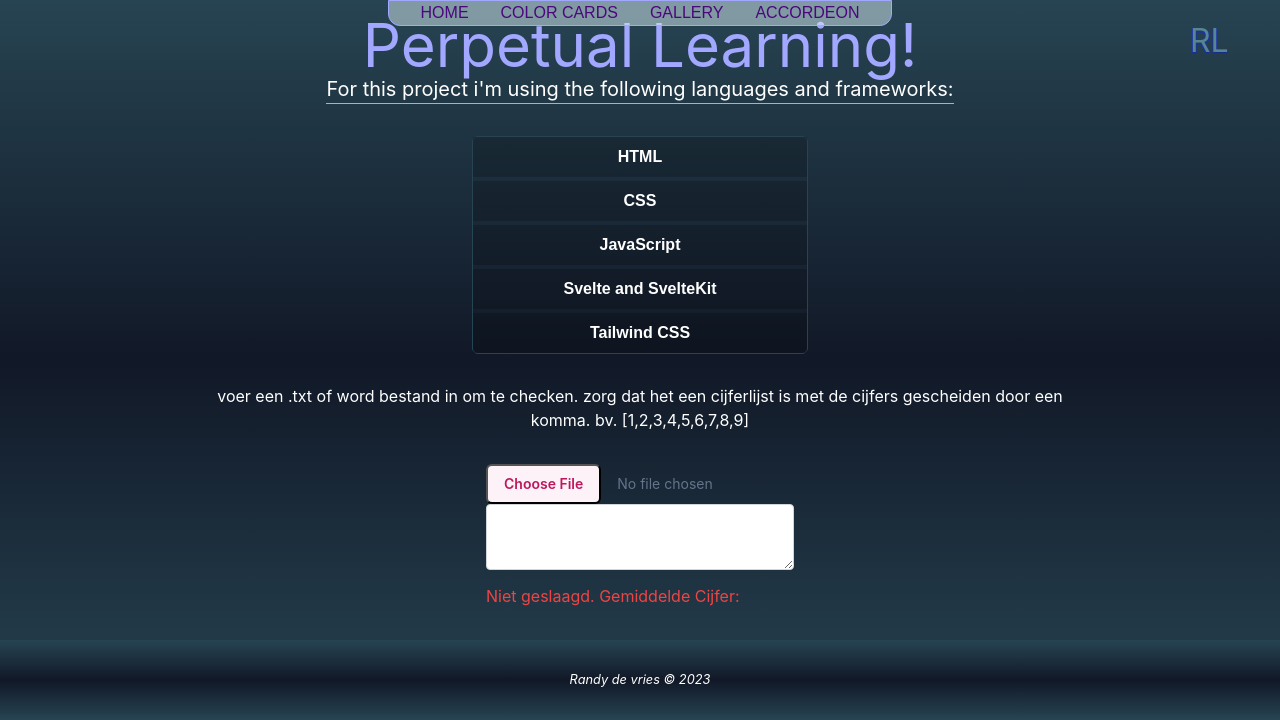
Repository: Freezler/svelte-app
Page: /links
An editor plug-in stored every save of this project. The page is shown before and after the next save, followed by the edit.
The browser window is 1280 px wide. The pictures show the whole page.
The project was rebuilt for these pictures with package versions that can differ from the ones it lists, and the page was loaded fresh each time. The framework's server and built-in components were replaced by stand-ins that run in the browser. Also part of the build but not shown: svelte.config.js, vite.config.js.

Above is the page before, as saved 2023-11-12 11:43:14.

### src/app.html
<!DOCTYPE html>
<html lang="en">
	<head>
		<meta charset="utf-8" />
		<link rel="icon" href="%sveltekit.assets%/favicon.png" />
		<meta name="viewport" content="width=device-width" />
		%sveltekit.head%
		<title>SvelteKitProject</title>
	</head>
	<body data-sveltekit-preload-data="hover">
		<div style="display: contents">%sveltekit.body%</div>
	</body>
</html>

### src/routes/+layout.svelte
<script>
  import '../app.css';
  import Navbar from '../components/Navbar.svelte';
  import Footer from '../components/Footer.svelte';
</script>

<html lang="en" class="select-none scroll-smooth">
  <head>
    <!-- Add any necessary head content here -->
  </head>
  <body class=" flex flex-col h-full overflow-scroll">
    <Navbar />
    <main>
      <slot />
    </main>
    <Footer />
  </body>
</html>

### src/routes/links/+page.svelte
<script>
	import { onDestroy, onMount } from 'svelte';
	onMount(() => console.log('Mounted Links page'));
	onDestroy(() => console.log('Unmounted Links page'));
	import CijferlijstInput from '../../components/CijferlijstInput.svelte';
	import Accordion from '../../components/Accordion.svelte';

</script>

<main
	class=" z-100 flex h-screen scroll-smooth justify-center items-center w-screen flex-col bg-gradient-to-b from-astral-900 via-gray-900 to-astral-900 overflow-scroll pb-24"
>
<div class="flex flex-col w-[100%] items-center justify-center font-sans h-screen ">
	<h1 class="animate-slow-slide-down text-3xl sm:text-5xl md:text-6xl xl:8xl text-purpleone-300  ">Perpetual Learning!</h1>
	<p class="animate-slow-slide-up text-xs sm:text-[16px] md:text-xl xl:2xl text-white border-b-[1px]  border-purpleone-300 text-purpleone600">For this project i'm using the following languages and frameworks:</p>
	<Accordion />
</div>
<div class="flex flex-col w-[100%] items-center justify-center"></div>
		<CijferlijstInput />
</main>

### src/app.css
@import 'tailwindcss/base';
@import 'tailwindcss/components';
@import 'tailwindcss/utilities';

/* Your custom CSS goes here */
body {
	scroll-behavior: smooth;
}

body * {
	-moz-scrollbar-width: none;
	scrollbar-width: none;
	-ms-overflow-style: none;
}

### src/components/Navbar.svelte
<script>
	let showNav = false;

	const toggleNav = () => {
		showNav = !showNav;
		const body = document.body;

		if (showNav) {
			body.classList.add('overflow-hidden');
		} else {
			body.classList.remove('overflow-hidden');
		}
	};
</script>

<nav
	class=" fixed bottom-0 z-40 flex h-20 w-[100%] select-none items-center justify-between text-center antialiased focus:select-none md:right-0 md:top-0 md:justify-center"
>
	<a href="/" class="ml-3 flex h-16 select-none items-center focus:select-none "
		><svg
			class="flex h-20 animate-pulse md:right-0 md:absolute"
			version="1.1"
			xmlns="http://www.w3.org/2000/svg"
			width="100"
			height="100"
			viewBox="0 0 100 100"
		>
			<!-- Outline -->
			<text
				class="select-none focus:select-none shadow-xl animate-slow-slide-down "
				x="0"
				y="66"
				font-size="40"
				fill="red3"
				stroke="#12ff"
				stroke-width="2"
				stroke-linejoin="round">RL</text
			>
			<!-- Text -->
			<text class="animate-slow-slide-in" x="0" y="65" font-size="40" fill="#87ccd9">RL</text>
		</svg></a
	>

	<!-- Hamburger voorS  mobile/kleine schermen -->
	<button
		class=" mr-8 select-none text-white focus:select-none active:select-none md:hidden"
		on:click={toggleNav}
	>
		<div class="relative flex h-6 w-6 items-center">
			<span
				class={' absolute block h-[2px] w-5 origin-center bg-blueone-50 transition-transform'}
				class:rotate-45={showNav}
				class:top-2={!showNav}
			></span>
			<span
				class={'z-2000 absolute block h-[2px] w-5 origin-center bg-white blur-none transition-transform'}
				class:-rotate-45={showNav}
				class:bottom-2={!showNav}
			></span>
			<span
				class={'z-2000 absolute block h-[2px] w-5 origin-center bg-white blur-none transition-transform'}
				class:-rotate-45={showNav}
				class:bottom-2={!showNav}
			></span>
		</div>
	</button>

	<div
		class={`absolute top-0 z-50	hidden  -[80px] select-none rounded-b-xl text-purplethree-950  font-display uppercase  items-center justify-center gap-8 px-8 border-[1px] border-purpleone-300   bg-astral-100 bg-opacity-50  bg-cover bg-center    md:flex ${
			showNav ? 'hidden' : 'block'
		}`}
	>
	    <a href="/" class="hover:text-cyan-200 hover:bg-slate-500 ">Home</a>
		<a href="/blogs" class="hover:text-cyan-200 hover:bg-slate-500  ">Color Cards</a>
		<a href="/about" class="hover:text-cyan-200 hover:bg-slate-500">Gallery</a>
		<a href="/links" class="hover:text-cyan-200 hover:bg-slate-500">Accordeon</a>
	</div>
</nav>

<!-- Conditional Mobile Menu Overlay -->
{#if showNav}
	<div
		class=" fixed inset-0 z-50 flex animate-slow-fade-in select-none items-center justify-center bg-gray-800 bg-opacity-40 backdrop-blur-[2px]"
		on:click={toggleNav}
		on:keypress={toggleNav}
		role="button"
		tabindex="0"
	>
		<div
			class="absulute flex select-none flex-col items-center text-2xl text-gray-200 opacity-100 transition-opacity duration-100 ease-in-out"
		>
			<a href="/" tabindex="0" class="text-cyan-200"
				><svg xmlns="http://www.w3.org/2000/svg" width="80" height="80" viewBox="0 0 80 80">
					<!-- Outline -->
					<text
						x="16"
						y="50"
						font-family="Inter"
						font-size="40"
						fill="cyan"
						stroke="#dfe2ff"
						stroke-width="6"
						stroke-linejoin="round">RL</text
					>
					<!-- Text -->
					<text x="16" y="50" font-family="Inter" font-size="40" fill="indigo">RL</text>
				</svg>
				<hr class="mb-6 w-full border-bluetwo-400" /></a
			>
			<a href="/projects" tabindex="0" class="text-[#b910377e]">under construction..</a>
			<a href="/blogs" tabindex="0" class="text-[#dfe2ff]">Color Cards</a>
			<a href="/about" tabindex="0" class="text-[#dfe2ff]">Gallery</a>
			<a href="/links" tabindex="0" class="text-[#dfe2ff]">Accordeon</a>
		</div>
	</div>
{/if}

### src/components/Footer.svelte
<script>
</script>

<div class="bg-opacity-70 bg-gradient-to-b from-astral-900 via-gray-900 to-astral-900 bg-cover bg-center bg-no-repeat bg-blone-300  fixed w-screen bottom-0 h-20 flex items-center p-0 m-0">
  <div class="flex w-full items-center justify-around">
	<!-- GitHub icon -->
	<small class="text-white italic">Randy de vries &copy; {new Date().getFullYear()}</small>
  </div>
</div>

### src/components/CijferlijstInput.svelte
<!-- FileInput.svelte -->
<script>
  import { onMount } from 'svelte';

  export let fileContent = '';
  export let isSuccess = false;
  let gemiddeldeCijfer = '';

  function handleFileInput(event) {
	const file = event.target.files[0];

	if (file) {
	  const reader = new FileReader();

	  reader.onload = function (e) {
		const content = e.target.result;
		if (content.trim() !== '') {
		  fileContent = content;
		  isSuccess = true;
		  gemiddeldeCijfer = calculateGemiddeldeCijfer(fileContent);
		}
	  };

	  reader.readAsText(file);
	}
  }

  function calculateGemiddeldeCijfer(content) {
	const cijfers = content.split('\n').filter(line => line.trim() !== '').map(Number);
	const totaal = cijfers.reduce((acc, curr) => acc + curr, 0);
	return totaal / cijfers.length;
  }
</script>
<div class="text-center text-white -translate-y-4 w-[70%]"><h3>voer een .txt of word bestand in om te checken.
	zorg dat het een cijferlijst is met de cijfers gescheiden door een komma. bv. [1,2,3,4,5,6,7,8,9]
</h3></div>
<div class="p-4 min-w-[340px]">
  <input
	type="file"
	accept=".txt, .doc, .docx"
	on:change={handleFileInput}
	class="block w-full text-sm text-slate-500 file:mr-4 file:py-2 file:px-4 file:rounded-md file:border-1 file:text-sm file:font-semibold file:bg-pink-50 file:text-pink-700 hover:file:bg-pink-100"
  />
  <textarea bind:value={fileContent} class="w-full h-[content] border border-gray-300 rounded p-2"></textarea>

  {#if isSuccess}
	<h3 class="text-green-500 mt-2 mx-auto">Van harte gefeliciteerd, je bent geslaagd! Gemiddelde Cijfer: {gemiddeldeCijfer}</h3>
  {:else}
	<h3 class="text-red-500 mt-2 mx-auto">Niet geslaagd. Gemiddelde Cijfer: {gemiddeldeCijfer}</h3>
  {/if}
</div>

### src/components/Accordion.svelte
<script>
	let panels = [
		{
			title: 'HTML',
			content:
				'HTML is the standard markup language for documents designed to be displayed in a web browser.'
		},
		{ title: 'CSS', content: 'CSS is used to define styles for your web pages' },
		{
			title: 'JavaScript',
			content: 'JavaScript is used to add interactivity to your web pages'
		},
		{
			title: 'Svelte and SvelteKit',
			content: 'Svelte and SvelteKit are both JavaScript frameworks'
		},
		{ title: 'Tailwind CSS', content: 'Tailwind CSS is a utility-first CSS framework' }
	];

	let expandedPanel = null;

	function togglePanel(panel) {
		if (expandedPanel === panel) {
			expandedPanel = null;
		} else {
			expandedPanel = panel;
		}
	}
</script>

<div class="bg-transparent animate-slow-slide-up z-60 wrapper max-w-[400px] mx-auto mt-[0] w-[80%] text-center rounded-sm p-8">
	<div class="flex flex-col space-y-1  rounded-md border-[1px] border-astral-900">
		{#each panels as panel}
			<!-- svelte-ignore a11y-no-static-element-interactions -->
			<div
				class="relative isolate animate-fast-fade-in overflow-hidden"
				on:click={() => togglePanel(panel)}
				on:keydown={() => togglePanel(panel)}
				aria-roledescription="accordion"
			>
				<div class="" aria-expanded={panel === expandedPanel}>
					<!-- svelte-ignore empty-block -->
					{#if panel === expandedPanel}{/if}
					<div
						class="relative isolate grid place-items-center bg-[rgba(0,0,0,0.2)] p-2 font-display font-bold text-white"
					>
						{panel.title}
					</div>
				</div>
				{#if expandedPanel === panel}
					<div
						class="max-w-[100%] z-20 animate-slow-fade-in bg-astral-900 bg-opacity-70 px-6 py-0"
					>
						<svg
							xmlns="http://www.w3.org/2000/svg"
							class="icon icon-tabler icon-tabler-chevron-up mx-auto animate-pulse"
							width="24"
							height="24"
							viewBox="0 0 24 24"
							stroke-width="1.5"
							stroke="white"
							fill="rgba(39, 68, 82, 100%)"
							stroke-linecap="round"
							stroke-linejoin="round"
						>
							<path stroke="none" d="M0 0h24v24H0z" fill="transparent" />
							<polyline points="6 15 12 9 18 15" />
						</svg>
						<p class="text-white pb-3">
							{panel.content}
						</p>
					</div>
				{/if}
			</div>
		{/each}
	</div>
</div>

### tailwind.config.js
/** @type {import('tailwindcss').Config} */
const plugin = require('tailwindcss/plugin');
export default {
	content: ['./src/**/*.{html,js,svelte,ts}'],
	theme: {
		extend: {

			animation: {
				btnPulse: ' btnPulse 1s infinite',
				'spin-slow': 'spin 3s linear infinite',
				'spin-fast': 'spin 1s linear infinite',
				'slow-fade-in': 'fade-in 0.7s ease-in-out',
				'fast-fade-in': 'fade-in 0.5s ease-in-out',
				'slow-fade-out': 'fade-out 0.5s ease-in-out',
				'fast-fade-out': 'fade-out 0.7s ease-in-out',
				'slow-slide-in': 'slide-in 0.6s ease-in-out',
				'fast-slide-in': 'slide-in 3s ease-in-out',
				'slow-slide-up': 'slide-up 0.6s cubic-bezier(0.215, 0.61, 0.355, 1)',
				'slow-slide-out': 'slide-out 0.6s ease-in-out',
				'fast-slide-out': 'slide-out 0.3s ease-in-out',
				'ani-translate-y': 'translate-y 5s ease-in-out',
				'fast-slide-up': 'slide-up 0.5s cubic-bezier(0.215, 0.61, 0.355, 1)',
				'slow-slide-down': 'slide-down 0.6s cubic-bezier(0.215, 0.61, 0.355, 1)',
				'burger-smooth': 'burger-smooth 2s ease-in-out',
			    'wave': 'wave .9s ease-in-out',
			},
			keyframes: {
				'fade-in': {
					'0%': { opacity: '0' },
					'100%': { opacity: '1' }
				},
				'fade-out': {
					'0%': { opacity: '1' },
					'100%': { opacity: '0' }
				},
				'slide-in': {
					'0%': { transform: 'translateX(-240px)' },
					'100%': { transform: 'translateX(0)' }
				},
				'slide-out': {
					'0%': { transform: 'translateX(0)' },
					'100%': { transform: 'translateX(-100%)' }
				},
				'translate-y': {
					'0%': { transform: 'translateY(0)' },
					'100%': { transform: 'translateY(-100%)' }
				},
				wave: {
					'0%': { transform: 'rotate(0deg)' },
					'25%': { transform: 'rotate(45deg)' },
					'50%': { transform: 'rotate(35deg)' },
					'100%': { transform: 'rotate-45deg)' }
				},
				'slide-up': {
					'0%': { transform: 'translateY(240px)' },
					'100%': { transform: 'translateY(0)' }
				},
				'slide-down': {
					'0%': { transform: 'translateY(-400px)' },
					'100%': { transform: 'translateY(0px)' }
				},
				'btnPulse': {
					'0%': { transform: 'scale(1))' },
					'50%': { transform: 'scale(0.9)' },
					'100%': { transform: 'scale(1)' }
				}
			},

			fontFamily: {
				sans: ['Inter', 'Arial', 'Helvetica', 'sans-serif'],
				serif: ['Georgia', 'serif'],
				mono: ['Menlo', 'Monaco', 'Courier New', 'monospace'],
				display: ['Oswald', 'sans-serif'],
				handwriting: ['Pacifico', 'cursive']
			},
			colors: {
				blueone: {
					50: '#e6f5ff',
					100: '#d2ecff',
					200: '#aedaff',
					300: '#7dbfff',
					400: '#4b94ff',
					500: '#2268ff',
					600: '#003bff',
					700: '#003fff',
					800: '#0035d7',
					900: '#0830a7',
					950: '#072383'
				},
				bluetwo: {
					50: '#f3f6fb',
					100: '#e4e9f5',
					200: '#d0daed',
					300: '#afc2e1',
					400: '#89a2d1',
					500: '#6c85c5',
					600: '#596db7',
					700: '#4e5da7',
					800: '#454e8a',
					900: '#3b436d',
					950: '#272b44'
				},
				bluethree: {
					50: '#f2f6fc',
					100: '#e3ebf6',
					200: '#cdddf0',
					300: '#aac6e6',
					400: '#81a8d9',
					500: '#638cce',
					600: '#4f73c1',
					700: '#4561b0',
					800: '#3d5190',
					900: '#2c395f',
					950: '#242c47'
				},
				astral: {
					50: '#f0fafb',
					100: '#d9f0f4',
					200: '#b8e2e9',
					300: '#87ccd9',
					400: '#4fadc1',
					500: '#328ea3',
					600: '#2d768d',
					700: '#2b6173',
					800: '#2a5160',
					900: '#274452',
					950: '#152c37'
				},
				greenone: {
					50: '#f5ffe5',
					100: '#e6ffc7',
					200: '#cdff96',
					300: '#9ffc41',
					400: '#8bf328',
					500: '#6cd909',
					600: '#50ae02',
					700: '#3e8407',
					800: '#34680c',
					900: '#2c580f',
					950: '#143102'
				},
				greentwo: {
					50: '#f1fcf5',
					100: '#dff9e9',
					200: '#c0f2d4',
					300: '#8fe6b2',
					400: '#56d289',
					500: '#30b768',
					600: '#26aa5d',
					700: '#1e7743',
					800: '#1d5e39',
					900: '#194e31',
					950: '#082b19'
				},
				greenthree: {
					50: '#f2f7f4',
					100: '#dfece3',
					200: '#c1d9ca',
					300: '#98bda8',
					400: '#6b9c82',
					500: '#518a6e',
					600: '#37644f',
					700: '#2c5040',
					800: '#254035',
					900: '#1f352b',
					950: '#101e18'
				},
				roseone: {
					50: '#fef1fa',
					100: '#fde6f7',
					200: '#feccf1',
					300: '#fea3e4',
					400: '#fc6ad0',
					500: '#f74bbf',
					600: '#e61c9a',
					700: '#c90d7d',
					800: '#a60e66',
					900: '#8a1158',
					950: '#550232'
				},
				purpleone: {
					50: '#edf0ff',
					100: '#dfe2ff',
					200: '#c5caff',
					300: '#a2a7ff',
					400: '#7f7cfd',
					500: '#6d5ef6',
					600: '#5e40eb',
					700: '#5d41d3',
					800: '#412ca7',
					900: '#382b84',
					950: '#22194d'
				},
				purpletwo: {
					50: '#fcf3ff',
					100: '#fae7ff',
					200: '#f3ceff',
					300: '#eea7ff',
					400: '#e473ff',
					500: '#d12ef6',
					600: '#bc1edb',
					700: '#9f15b6',
					800: '#841494',
					900: '#6f1679',
					950: '#490151'
				},
				purplethree: {
					50: '#faf5ff',
					100: '#f3e8ff',
					200: '#ead4ff',
					300: '#d9b3ff',
					400: '#c282fe',
					500: '#aa53f9',
					600: '#9530ed',
					700: '#801fd1',
					800: '#6d1faa',
					900: '#591a89',
					950: '#4b077e'
				},
				rosetwo: {
					50: '#fef1f8',
					100: '#fee5f3',
					200: '#ffcae8',
					300: '#ff9fd4',
					400: '#ff64b5',
					500: '#fe1f8a',
					600: '#ef1372',
					700: '#d00657',
					800: '#ac0848',
					900: '#8f0c3f',
					950: '#580021'
				},
				redone: {
					50: '#fff0f0',
					100: '#ffdede',
					200: '#ffc2c2',
					300: '#ff9898',
					400: '#ff5d5d',
					500: '#ff2b2b',
					600: '#f70808',
					700: '#d00505',
					800: '#ac0808',
					900: '#8e0e0e',
					950: '#4e0101'
				},
				redtwo: {
					50: '#fcf4f4',
					100: '#fae6e6',
					200: '#f7d1d1',
					300: '#f0b1b1',
					400: '#e58484',
					500: '#d75c5c',
					600: '#be3c3c',
					700: '#a33232',
					800: '#872d2d',
					900: '#712b2b',
					950: '#3d1212'
				},
				greyone: {
					50: '#f6f6f6',
					100: '#e7e7e7',
					200: '#d1d1d1',
					300: '#b0b0b0',
					400: '#888888',
					500: '#6d6d6d',
					600: '#5d5d5d',
					700: '#4f4f4f',
					800: '#454545',
					900: '#3d3d3d',
					950: '#050505'
				},
				greytwo: {
					50: '#f4f5fa',
					100: '#e7e9f2',
					200: '#d4d7e9',
					300: '#b6bcda',
					400: '#939bc7',
					500: '#797fb8',
					600: '#6769a9',
					700: '#5c5b9a',
					800: '#504e7f',
					900: '#444266',
					950: '#232232'
				}
			}
		},
		screens: {
			// default is oudere schermen erg klein!  -->
			xxxs: '360px', // modernere kleine schermen
			xxs: '480px', // Extra extra small screen size
			xs: '640px', // Extra small screen size
			sm: '768px', // Small screen size
			md: '1024px', // Medium screen size
			lg: '1280px', // Large screen size
			xl: '1440px', // Extra large screen size
			xxl: '1920px', // Extra extra large screen size
			xxxl: '3840px' // 4K screen size (3840px)
			// Je kunt meer schermformaten toevoegen indien nodig
		},

		fonts: {
			sans: ['Inter', 'Arial', 'Helvetica', 'sans-serif'],
			serif: ['Georgia', 'serif'],
			mono: ['Bebas Neue','Monaco', 'Courier New', 'monospace'],
			display: ['San-francisco', 'sans-serif'],
			handwriting: ['Pacifico', 'cursive']
		},
		textShadow: {
			sm: '0 1px 2px var(--tw-shadow-color)',
			DEFAULT: '0 2px 4px var(--tw-shadow-color)',
			lg: '0 8px 16px var(--tw-shadow-color)'
		}
	},
	plugins: [
		plugin(function ({ matchUtilities, theme }) {
			matchUtilities(
				{
					'text-shadow': (value) => ({
						textShadow: value
					})
				},
				{ values: theme('textShadow') }
			);
		})
	]
};

After the next save:
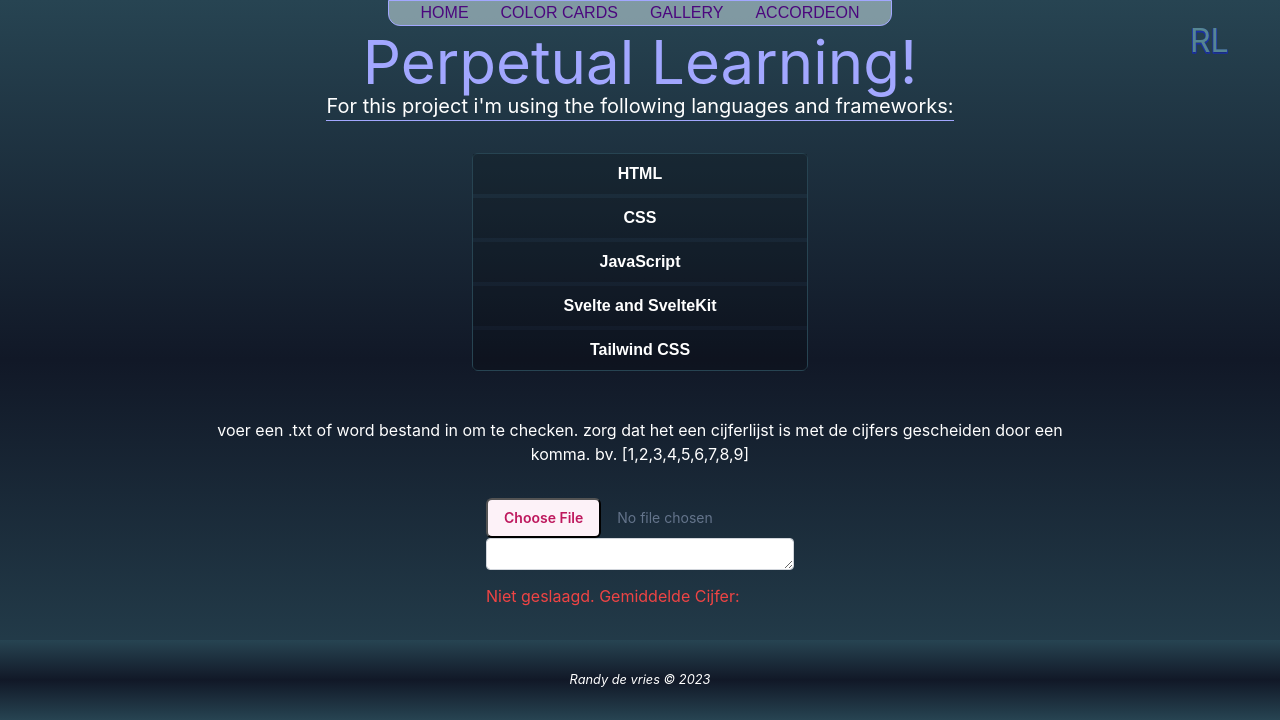
Saved 23 s later.
--- a/src/components/CijferlijstInput.svelte
+++ b/src/components/CijferlijstInput.svelte
@@ -41,7 +41,7 @@
 	on:change={handleFileInput}
 	class="block w-full text-sm text-slate-500 file:mr-4 file:py-2 file:px-4 file:rounded-md file:border-1 file:text-sm file:font-semibold file:bg-pink-50 file:text-pink-700 hover:file:bg-pink-100"
   />
-  <textarea bind:value={fileContent} class="w-full h-[content] border border-gray-300 rounded p-2"></textarea>
+  <textarea bind:value={fileContent} class="w-full h-[2rem] border border-gray-300 rounded p-2"></textarea>
 
   {#if isSuccess}
 	<h3 class="text-green-500 mt-2 mx-auto">Van harte gefeliciteerd, je bent geslaagd! Gemiddelde Cijfer: {gemiddeldeCijfer}</h3>
